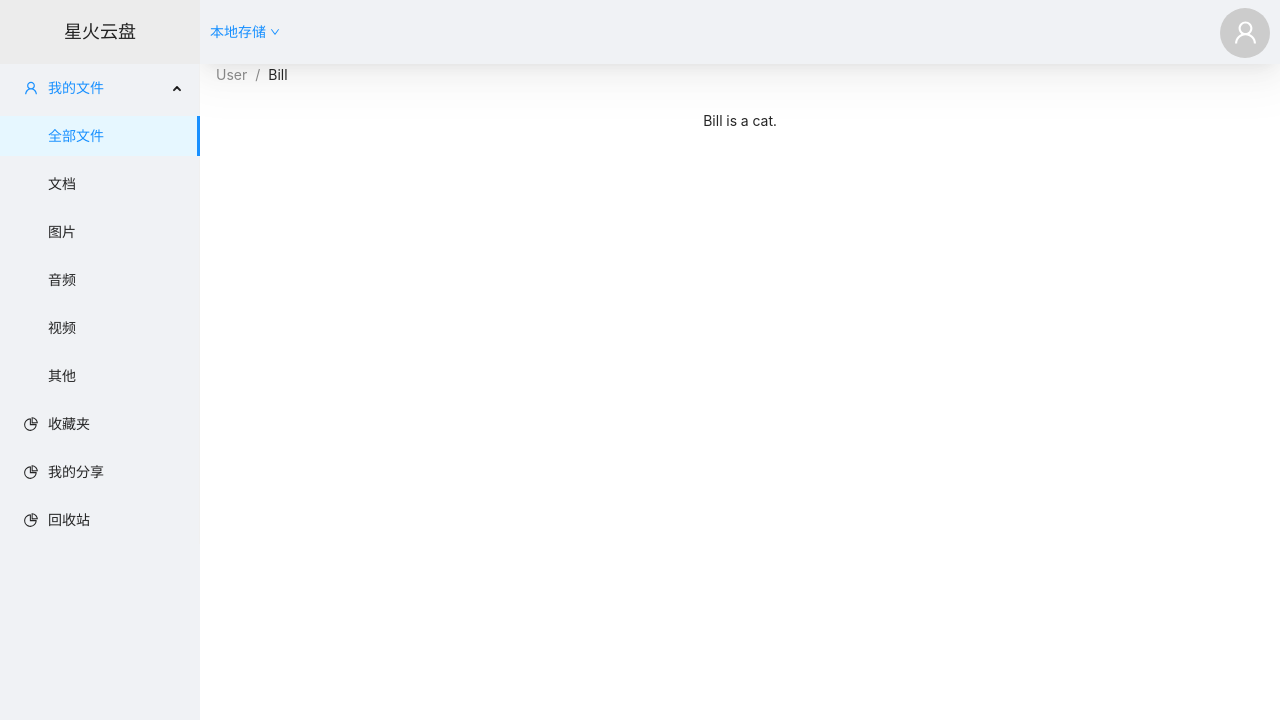
Repository: xstnet/starfire-cloud-fe
Page: /
An editor plug-in stored every save of this project. The page is shown before and after the next save, followed by the edit.
The browser window is 1280 px wide. The pictures show the whole page.
The project was rebuilt for these pictures with package versions that can differ from the ones it lists, and the page was loaded fresh each time. Also part of the build but not shown: craco.config.js.

Above is the page before, as saved 2021-09-12 22:12:25.

### src/index.js
import React from 'react';
import ReactDOM from 'react-dom';
import './index.css';
import App from './App';
import reportWebVitals from './reportWebVitals';

// ReactDOM.render(
//   <React.StrictMode>
//     <App />
//   </React.StrictMode>,
//   document.getElementById('root')
// );

ReactDOM.render(
  <App />,
  document.getElementById('root')
);

// If you want to start measuring performance in your app, pass a function
// to log results (for example: reportWebVitals(console.log))
// or send to an analytics endpoint. Learn more: https://bit.ly/CRA-vitals
reportWebVitals();

### src/App.js
import React from 'react';
// import { Button } from 'antd';
import './App.css';
import MainLayout from './page/layout/main'

const App = () => (
  <div className="App">
    <MainLayout></MainLayout>
  </div>
);

export default App;

### src/page/layout/main.jsx
import React from 'react';
import { Layout, Menu, Breadcrumb,Dropdown,Avatar  } from 'antd';
import {
  PieChartOutlined,
  UserOutlined,
  DownOutlined,
} from '@ant-design/icons';
import './main.less';

const { Header, Content, Sider } = Layout;
const { SubMenu } = Menu;

const menu = (
    <Menu >
      <Menu.Item key="1">
        本地存储
      </Menu.Item>
      <Menu.Item key="2">
        阿里云OSS
      </Menu.Item>
      <Menu.Item key="3">
        腾讯云OSS
      </Menu.Item>
    </Menu>
  );

class MainLayout extends React.Component {
  state = {
    collapsed: false,
  };


  render() {
    const { collapsed } = this.state;
    return (
      <Layout className="main" style={{ minHeight: '100vh' }}>
        <Sider className="side-left" theme="light" >
          <div className="logo">
              星火云盘
          </div>
          <Menu defaultSelectedKeys={['all']} defaultOpenKeys={["my-file"]} mode="inline">
            <SubMenu key="my-file" icon={<UserOutlined />} title="我的文件">
              <Menu.Item key="all">全部文件</Menu.Item>
              <Menu.Item key="doc">文档</Menu.Item>
              <Menu.Item key="imgage">图片</Menu.Item>
              <Menu.Item key="audio">音频</Menu.Item>
              <Menu.Item key="video">视频</Menu.Item>
              <Menu.Item key="other">其他</Menu.Item>
            </SubMenu>
            <Menu.Item key="favorite" icon={<PieChartOutlined />}>
              收藏夹
            </Menu.Item>
            <Menu.Item key="share" icon={<PieChartOutlined />}>
              我的分享
            </Menu.Item>
            <Menu.Item key="recycle" icon={<PieChartOutlined />}>
              回收站
            </Menu.Item>
          </Menu>
        </Sider>
        <Layout className="side-right">
          <Header className="header">
              <div className="header-left fl">
                <Dropdown overlay={menu}>
                    <a className="ant-dropdown-link2" onClick={e => e.preventDefault()}>
                    本地存储 <DownOutlined />
                    </a>
                </Dropdown>
              </div>
              <div className="header-right fr">
                <Avatar size={50} icon={<UserOutlined />} />
              </div>
              <div className="clearboth"></div>

          </Header>
          <Breadcrumb className="bread-crumb">
              <Breadcrumb.Item>User</Breadcrumb.Item>
              <Breadcrumb.Item>Bill</Breadcrumb.Item>
          </Breadcrumb>
          <Content className="content">
            <div  style={{ padding: 24, minHeight: 360 }}>
              Bill is a cat.
            </div>
          </Content>
        </Layout>
      </Layout>
    );
  }
}

export default MainLayout;

### src/page/layout/main.less
@import '~antd/lib/style/themes/default.less';

@sideColor : #f0f2f5;

.clearboth {
  clear: both;
}
.fl {
  float: left;
}

.fr {
  float: right;
}

  .main {
    .side-left {
      background: @sideColor;

      .logo {
        height: 64px;
        line-height: 64px;
        text-align: center;
        font-size: 18px;
        background-color: #ececec;
      }

      .ant-menu {
        background-color: @sideColor;
      }
    }

    .side-right {
      background-color: white;

      .header {
        background: @sideColor;
        padding: 0 10px;
        box-shadow: @shadow-1-down;
        text-align: left;
      }

      .content {
        margin: 0 16px;
      }

      .bread-crumb {
        margin: 0 16px;
      }
    }
  }

Loaded but not shown: public/index.html (common file); src/index.css (common file); src/reportWebVitals.js (common file); src/App.css (common file)

After the next save:
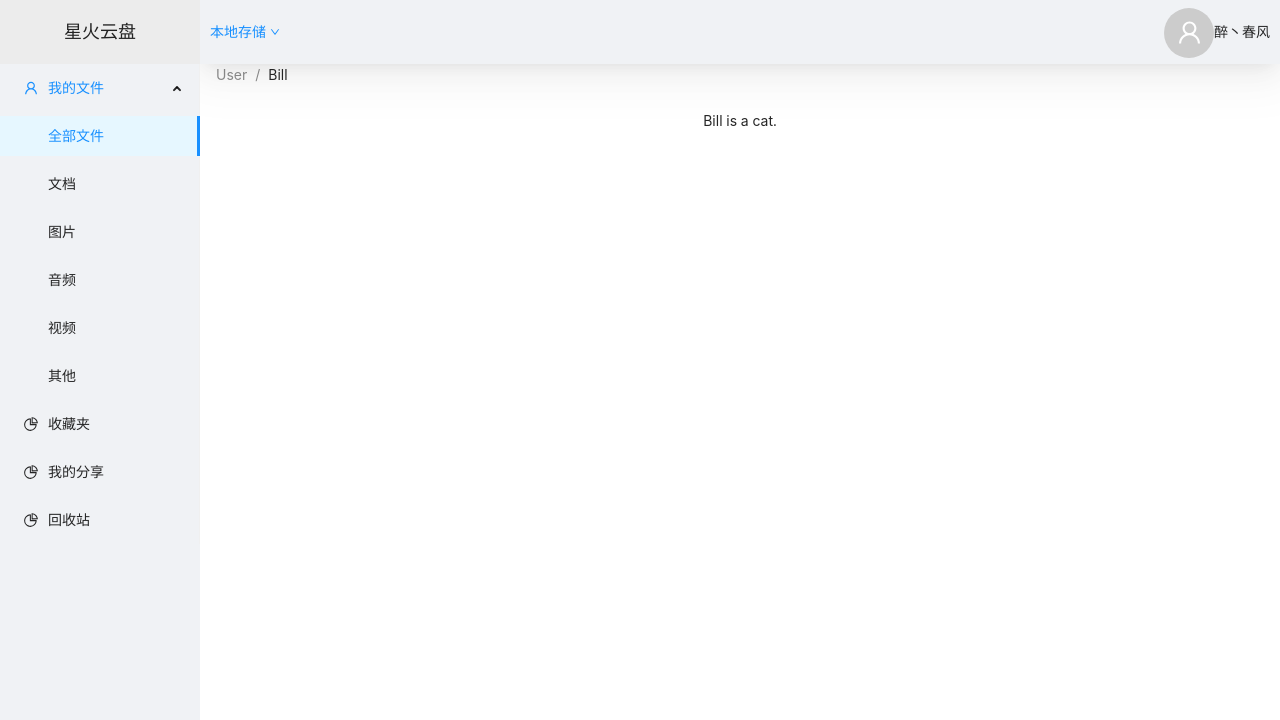
Saved 33 s later.
--- a/src/page/layout/main.jsx
+++ b/src/page/layout/main.jsx
@@ -69,6 +69,7 @@ class MainLayout extends React.Component {
               </div>
               <div className="header-right fr">
                 <Avatar size={50} icon={<UserOutlined />} />
+                醉丶春风
               </div>
               <div className="clearboth"></div>
 
